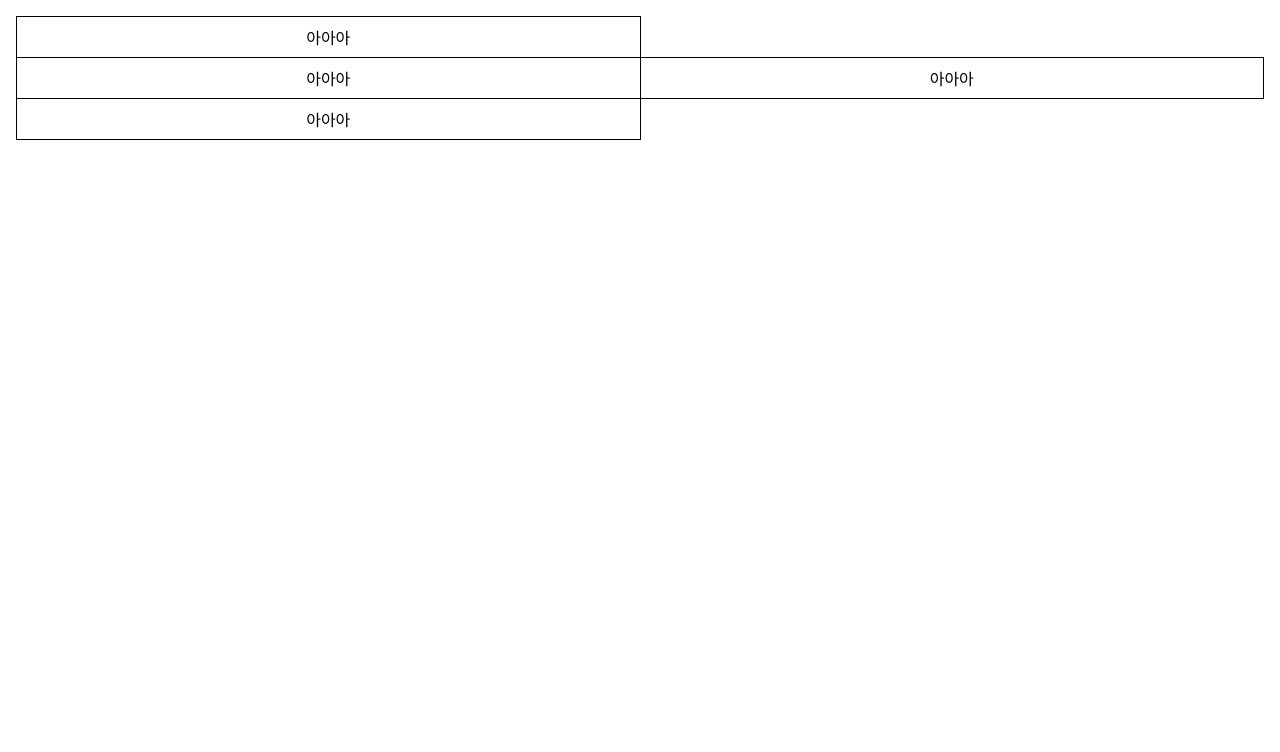
Repository: dlrjsgh367/SW-L5-20V1
Page: http://localhost/SW-L5-20V1/register.jsp
These files come from the project's save history. The page is drawn as it stood at one moment and after the next save; the edit follows.
The browser window is 1280 px wide. The pictures show the whole page.
The page is served by Tomcat 9.

Above is the page before, as saved 2025-01-12 10:13:56.

After the next save:
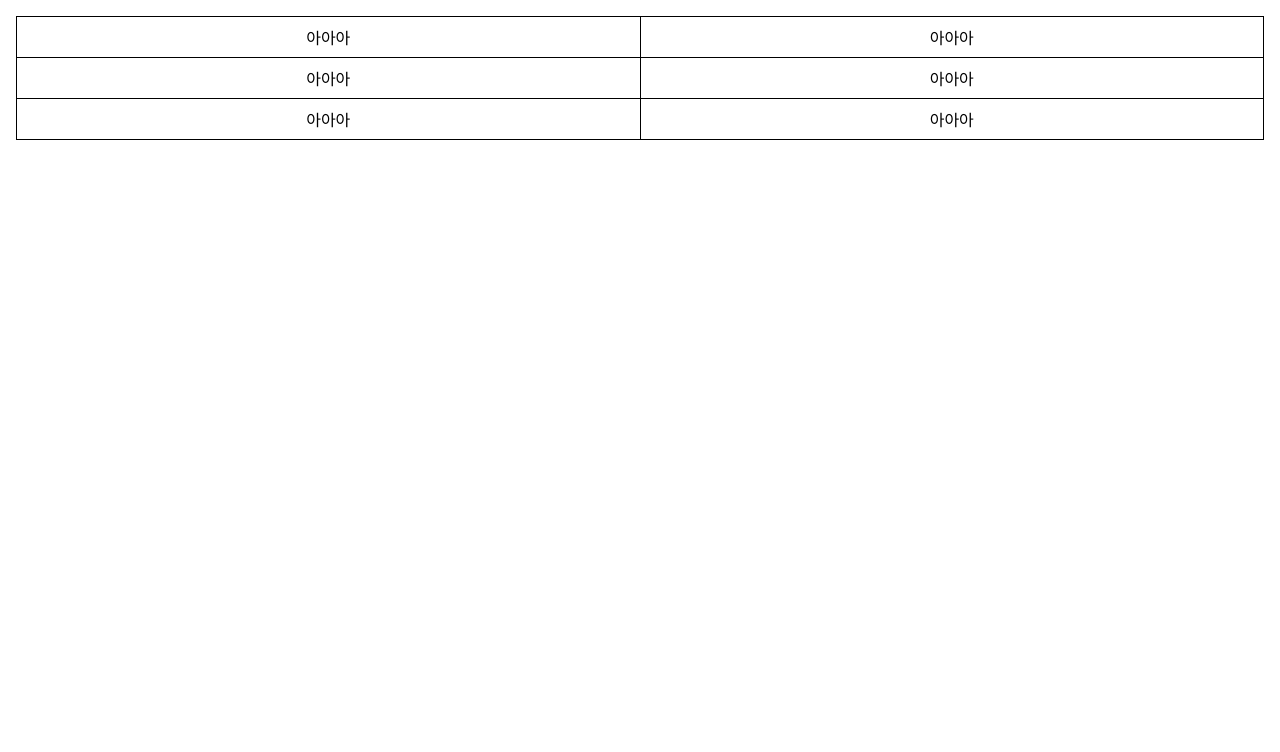
Saved 16 s later.
--- a/SW-L5-20V1/WebContent/register.jsp
+++ b/SW-L5-20V1/WebContent/register.jsp
@@ -11,6 +11,7 @@
       <tbody>
         <tr>
           <td>아아아</td>
+          <td>아아아</td>
         </tr>
         <tr>
           <td>아아아</td>
@@ -18,6 +19,7 @@
         </tr>
         <tr>
           <td>아아아</td>
+          <td>아아아</td>
         </tr>
       </tbody>
     </table>
